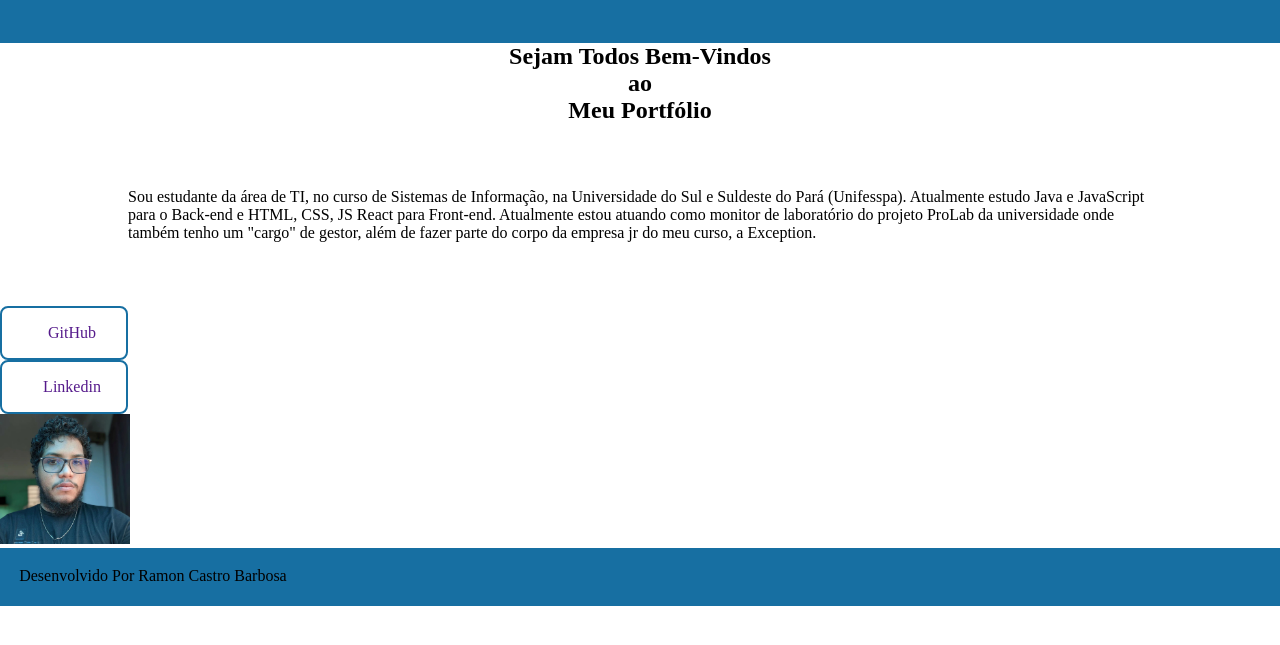
Repository: ramoncbarbosa/Web1_Atividade2
Page: index.html
An editor plug-in stored every save of this project. The page is shown before and after a run of saves, followed by the edit.
The browser window is 1280 px wide. The pictures show the whole page.

Above is the page before, as saved 2023-06-10 15:37:01.

### index.html
<!DOCTYPE html>
<html lang="pt-br">
<head>
    <meta charset="UTF-8">
    <meta name="viewport" content="width=device-width, initial-scale=1.0">
    <link rel="stylesheet" href="./styles/styles.css">
    <title>Portfólio</title>
</head>
<body>
    <header class="cabecalho">
        <nav>
           <a href=""></a>
           <a href=""></a>
        </nav>
    </header>
    <section></section>
    <main class="principal">
        <section class="principal__principal">
            <h1 class="principal__titulo">Sejam Todos Bem-Vindos<br> ao<br> <strong>Meu Portfólio</strong></h1>
            <p class="principal__texto">
                Sou estudante da área de TI, no curso de Sistemas de Informação, na Universidade do Sul e Suldeste do Pará (Unifesspa). Atualmente estudo Java e JavaScript para o Back-end e HTML, CSS, JS React para Front-end.
                    Atualmente estou atuando como monitor de laboratório do projeto ProLab da universidade onde também tenho um "cargo" de gestor, além de fazer parte do corpo da empresa jr do meu curso, a Exception.
            </p>
            <div class="princiapl__links">
                <a target="_blank" class="princiapl__links__social" href=""><img src="" alt="">GitHub</a>

                <a target="_blank" class="princiapl__links__social" href=""><img src="" alt="">Linkedin</a>
            </div>
        </section>
            <img src="./img/perfil.jpg" alt="" width="130" height="130">
    </main>
    <footer class="rodape">
        <p class="rodape__rodape">Desenvolvido Por Ramon Castro Barbosa</p>
    </footer>
</body>
</html>

### styles/styles.css
*{
    padding: 0;
    margin: 0;
    box-sizing: border-box;
    text-decoration: none;
}

:root{
    --cor-um: #176FA2;
    --cor-dois: #EEEEEE;
    --cor-tres: #000000;
}

.cabecalho{
    width: 100%;
    height: 6vh;
    padding: 2% 0 0 10%
    gap: 5rem;
    display: flex;
    background-color: var(--cor-um);
}

.principal{
    justify-content: center;
}

.principal__titulo{
    text-align: center;
    justify-content: center;
}

.principal__texto{
    display: flex;
    align-items: center;
    flex-wrap: wrap;
    justify-content: space-around;
    padding: 5% 10%;
}

.principal__links{
    display: flex;
    flex-direction: column;
    justify-content: space-between;
    align-items: center;
    gap: 1rem;
}

.princiapl__links__social{
    width: 10%;
    padding: 1rem 0;
    display: flex;
    align-items: center;
    justify-content: center;
    text-align: center;
    gap: 1rem;

    border: 2px solid var(--cor-um);
    border-radius: 0.5rem;


}

.imagem{

}

.rodape{
    width: 100%;
    height: 8vh;
    display: flex;
    background-color: var(--cor-um);
}

.rodape__rodape{
    text-align: center;
    padding: 1.5%;
}

After the next 4 saves:
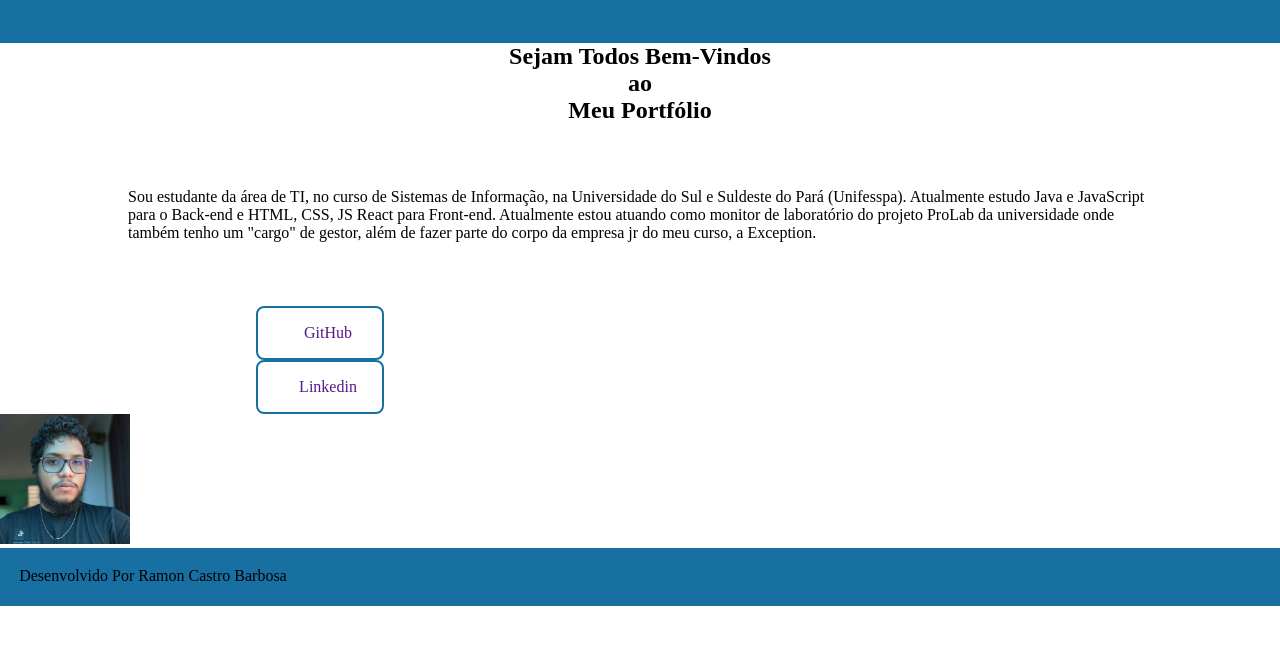
The 4 saves are shown as one change because they came seconds apart.
The last was saved 11 s later.
--- a/styles/styles.css
+++ b/styles/styles.css
@@ -48,6 +48,9 @@
 .princiapl__links__social{
     width: 10%;
     padding: 1rem 0;
+
+    margin-left: 20%;
+
     display: flex;
     align-items: center;
     justify-content: center;
